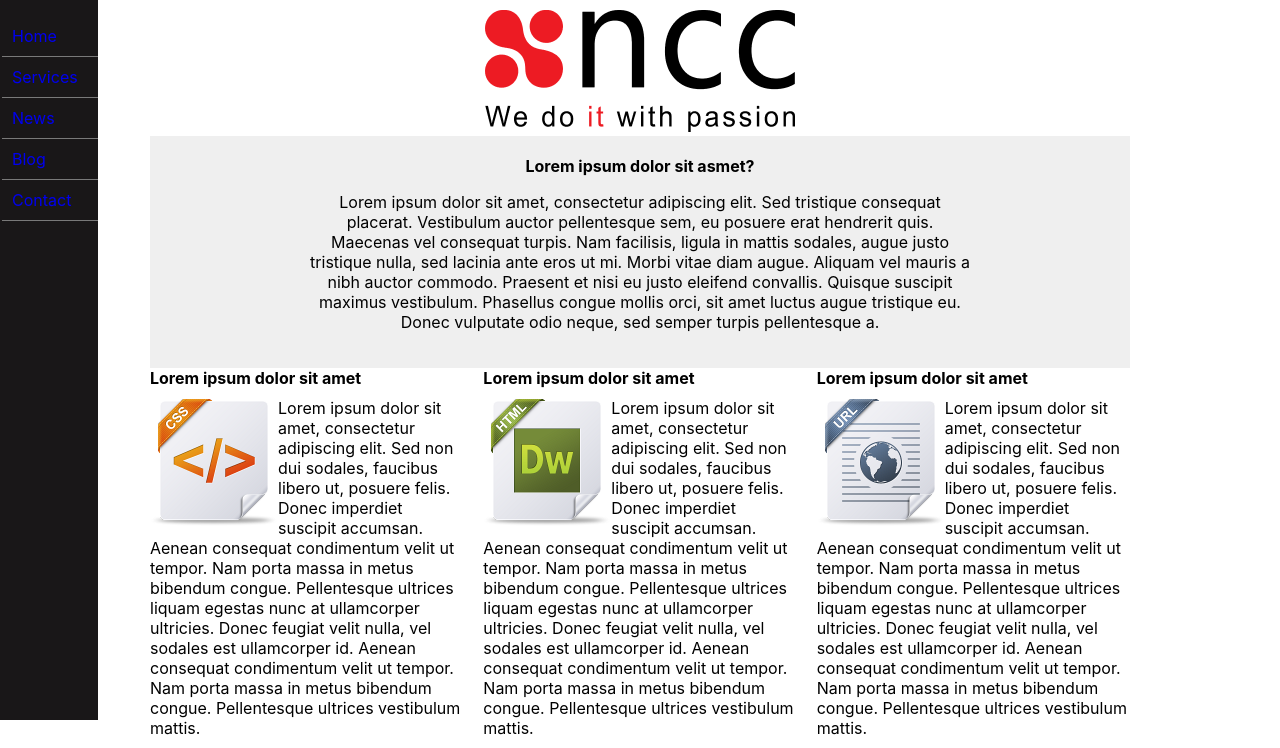
Repository: nganha241/testt
Page: /
The author's editor kept a copy of each file at every save. The page is drawn from the files as they stood at one save, then again after the next save.
The browser window is 1280 px wide. The pictures show the whole page.
The project was rebuilt for these pictures with package versions that can differ from the ones it lists, and the page was loaded fresh each time.

Above is the page before, as saved 2023-02-28 11:39:41.

After the next save:
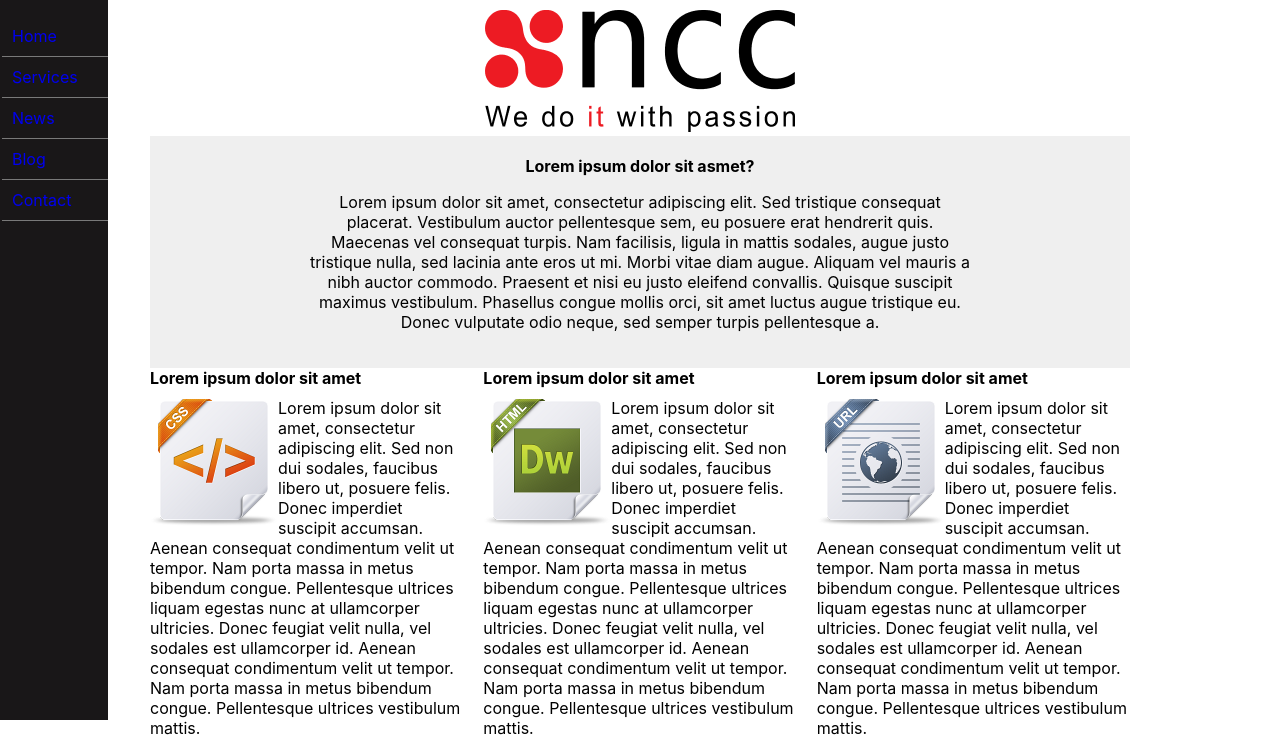
Saved 10 s later.
--- a/src/pages/Navbar/Navbar.css
+++ b/src/pages/Navbar/Navbar.css
@@ -12,7 +12,7 @@
 .nav-content li {
   border-bottom: 1px solid;
   list-style-type: none;
-  padding: 10px 20px 10px 10px;
+  padding: 10px 30px 10px 10px;
 }
 
 .nav-content li:hover {
